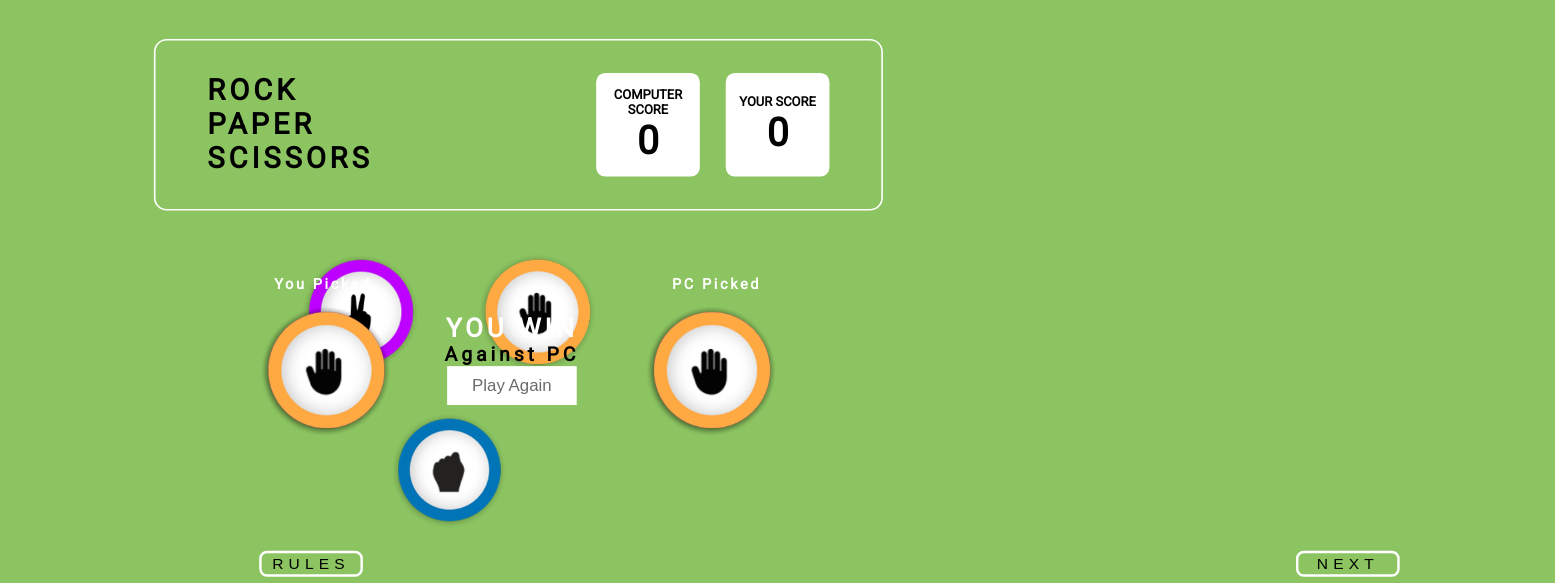
Repository: drumsmanku/Major-module-project-1
Page: index.html
An editor plug-in stored every save of this project. The page is shown before and after the next save, followed by the edit.
The browser window is 1280 px wide. The page is 1920 px wide, then 1344 px, so the pictures cover 1920 px, including what lies to the right of the window. The pictures show the whole page, at 81% of full size.

Above is the page before, as saved 2023-04-30 16:35:08.

### index.html
<!DOCTYPE html>
<html lang="en">
<head>
  <meta charset="UTF-8">
  <meta http-equiv="X-UA-Compatible" content="IE=edge">
  <meta name="viewport" content="width=device-width, initial-scale=1.0">
  <link rel="stylesheet" href="styles.css">
  <title>Module Project 1 </title>
</head>
<body>
  <div class="main-container">
    <div class="first-container">
      <div class="text">
        <h1>ROCK PAPER SCISSORS</h1>
      </div>
      <div class="two-boxes">
        <div class="computer-score">
          <h4>COMPUTER SCORE</h4>
          <h1>0</h1>
        </div>
        <div class="your-score">
          <h4>YOUR SCORE</h4>
          <h1>0</h1>
        </div>
      </div>

    </div>

    <div class="second-main-container">
      <div class="second-main-main-first-container ">
        <div class="second-first-main-container">
          <div class="two-buttons">
            <button class="btn-2"><img src="2.png" alt=""></button>
            <button class="btn-3"><img src="3.png" alt=""></button>
          </div>
          <button class="btn-1"> <img src="1.png" alt=""></button>
        </div>
        <div class="second-second-main-container">
          <div class="img-container">
            <img id="rules-img" src="4.png" alt="">
            <button id="my-btn">
              <p>X</p><img src="x.png" alt="">
            </button>
          </div>
        </div>

      </div>
       <div class="second-main-main-second-conainer">
        <div class="cont">
          <div class="images-div">
            <p>You Picked</p>
            <img src="1.png" alt="">
            <img src="2.png" alt="">
            <img src="3.png" alt="">
          </div>
          <div class="who-won">
            <p class="won">YOU WIN</p>
            <p class="against">Against PC</p>
            <button class="play-again">Play Again</button>
          </div>
          <div class="images-div-for-pc">
            <p>PC Picked</p>
            <img src="1.png" alt="">
            <img src="2.png" alt="">
            <img src="3.png" alt="">
          </div>
        </div>


       </div>
    </div>
    <div class="next-and-rules">
      <div class="bottom-btn"><button id="rule-btn">RULES</button></div>
      <div class="bottom-btn"><button id="rule-btn">NEXT</button></div>
    </div>


  </div>

  <script src="script.js"></script>
</body>
</html>

### styles.css
@import url('https://fonts.googleapis.com/css2?family=Roboto&display=swap');

*{
  padding: 0;
  margin: 0;
}

body{
  background-color: #8CC461;
}
.main-container{
  display: flex;
  flex-direction: column;
  align-items: center;
}
.first-container{
  height: 5rem;
  width: 60vw;
  border: 2px solid white;
  background: none;
  border-radius: 1rem;
  padding: 4rem;
  display: flex;
  flex-direction: row;
  align-items: center;
  justify-content: space-between;
  margin-top: 3rem;
}
.text{
  height: inherit;
  width: 20%;
  display: flex;
  flex-wrap: wrap;
  flex-direction: column;
  font-family: 'Roboto';
  letter-spacing: 0.3rem;
  font-size: large;
  justify-content: center;
  align-items: center;
}

.computer-score{
  display: flex;
  flex-direction: column;
  height: 8rem;
  width: 8rem;
  flex-wrap: wrap;
  font-family: 'Roboto';
  justify-content: center;
  align-items: center;
  background-color: white;
  text-align: center;
  border-radius: 0.7rem;
}
.computer-score>h1{
  font-weight: 800;
  font-size: 3rem;
}
.your-score{
  display: flex;
  flex-direction: column;
  height: 8rem;
  width: 8rem;
  flex-wrap: wrap;
  font-family: 'Roboto';
  justify-content: center;
  align-items: center;
  background-color: white;
  text-align: center;
  border-radius: 0.7rem;
  margin-left: 2rem;
}
.your-score>h1{
  font-weight: 800;
  font-size: 3rem;
}
.two-boxes{
  display: flex;
  flex-direction: row;
  justify-content: space-between;
}
.second-main-container{
  position: relative;
  width: 100vw;
}
.second-main-main-first-container{
  display: flex;
  flex-direction: row;
  justify-content: flex-end;
  width: 100vw;

}
.hide{
  display: none;
}
.second-first-main-container{
  display: flex;
  flex-direction: column;
  justify-content: flex-end;
  align-items: center;
  height: 55vh;
  width: 40vw;
}
.two-buttons{
  width: inherit;
  display: flex;
  flex-direction: row;
  justify-content: space-evenly;
  margin-bottom: 3rem;
}
.btn-1{
  background: none;
  border:none;
  cursor: pointer;
}
.btn-2{
  background: none;
  border:none;
  cursor: pointer;
}
.btn-3{
  background: none;
  border:none;
  cursor: pointer;
}
.second-first-main-container img{
  width: 9rem;
}

.second-second-main-container{
  display: flex;
  align-items: flex-end;
  margin-right: 12rem;
}
.second-second-main-container .img-container button{
  background: none;
  border: none;
  cursor: pointer;
  z-index: 999;
  position: absolute;
  top: -10%;
  left: 90%;
  bottom: 21rem;
  text-align: center;
  font-size:3.2rem;
  font-weight: bolder;
}
.second-second-main-container .img-container button>p{
  position: absolute;
  margin-left: 0.9rem;

  color: aliceblue;
  font-family: 'Roboto';
}
.img-container{
  position: relative;
  display: inline-block;
}
#rules-img, #my-btn{
  transform: scale(0);
}
#rules-img.appear{
  animation: open 0.4s ease-in-out forwards;
  transform-origin: top right;
}
#my-btn.appear{
  animation: open 0.1s ease-in-out 0.3s forwards;

}
#rules-img.disappear{
  animation: close 0.4s ease-in-out forwards;
  transform-origin: top right;
}
#my-btn.disappear{
  animation:close 0.1s ease-in-out 0.3s forwards;
}
@keyframes open{
  from{
    transform: scale(0);
  }
  to{
    transform: scale(1);
  }
}
@keyframes close{
  from{
    transform: scale(1);
  }
  to{
    transform: scale(0);
  }
}

#rule-btn{
  background: none;
  border: 3px solid white;
  border-radius: 0.6rem;
  height: 2rem;
  width: 8rem;
  font-size:1.2rem;
  letter-spacing: 0.4rem;
  cursor: pointer;
}
.bottom-btn{
  width: 100vw;
  display: flex;
  justify-content: flex-end;
  margin-top: 1.5rem;

}
.bottom-btn button{
  margin-right: 12rem;
}

.images-div{
  position: relative;
  display: flex;
  justify-content: center;
  align-items: center;
  height: 55vh;
  flex-direction: column;
  /* width: 100vw; */
}
.images-div img{
  position: absolute;
  left: 30%;
  width: 10rem;

}
.images-div p{
  position: absolute;
  left: 30%;
  top: 5rem;
  letter-spacing: 0.2rem;
  color: white;
  font-size: large;
  font-weight: bold;
  font-family: 'Roboto';
  width: 10rem;
  padding-left: 1rem;
}
.images-div-for-pc{
  position: relative;
  display: flex;
  justify-content: center;
  align-items: center;
  height: 55vh;
  flex-direction: column;
}
.images-div-for-pc img{
  position: absolute;
  left: 55%;
  width: 10rem;
}
.images-div-for-pc p{
  position: absolute;
  left: 60%;
  top: 5rem;
  right: -4rem;
  letter-spacing: 0.2rem;
  color: white;
  font-size: large;
  font-weight: bold;
  font-family: 'Roboto';
  width: 15rem;
  padding-left: 2rem;
}
.second-main-main-second-conainer{
  position: absolute;
  top: 0;
  width: inherit;
  display: flex;
  flex-direction: row;
  justify-content: center;
  align-items: center;
}
.cont{
  display: flex;
  flex-direction: row;
  height: inherit;
  width: 50%;
  justify-content: space-evenly;
  align-items: center;
  margin-left: -10rem;
}
.against{
  font-size: x-large;
  columns: white;
  font-weight: bold;
  font-family: 'Roboto';
  letter-spacing: 0.3rem;
}
.who-won{
  display: flex;
  flex-direction: column;
  align-items: center;
  /* justify-content: center; */
  margin-left: 9rem;
  height: 20vh;
}
.won{
  color: white;
  font-size: xx-large;
  font-weight: bold;
  font-family: 'Roboto';
  letter-spacing: 0.3rem;
}
.who-won button{
  background-color: white;
  border: none;
  color: #6B6B6B;
  width: 10rem;
  height: 3rem;
  font-size: 1.3rem;
}
.next-and-rules{
  display: flex;
}

### script.js
const myimg=document.querySelector("#rules-img");
const closebtn=document.querySelector("#my-btn");
const ruleOpen=document.querySelector("#rule-btn");

ruleOpen.addEventListener("click", ()=>{
  myimg.classList.add("appear");
  closebtn.classList.add("appear");
  myimg.classList.remove("disappear");
  closebtn.classList.remove("disappear");
});
closebtn.addEventListener("click", ()=>{
  myimg.classList.add("disappear");
  closebtn.classList.add("disappear");
  myimg.classList.remove("appear");
  closebtn.classList.remove("appear");
});

After the next save:
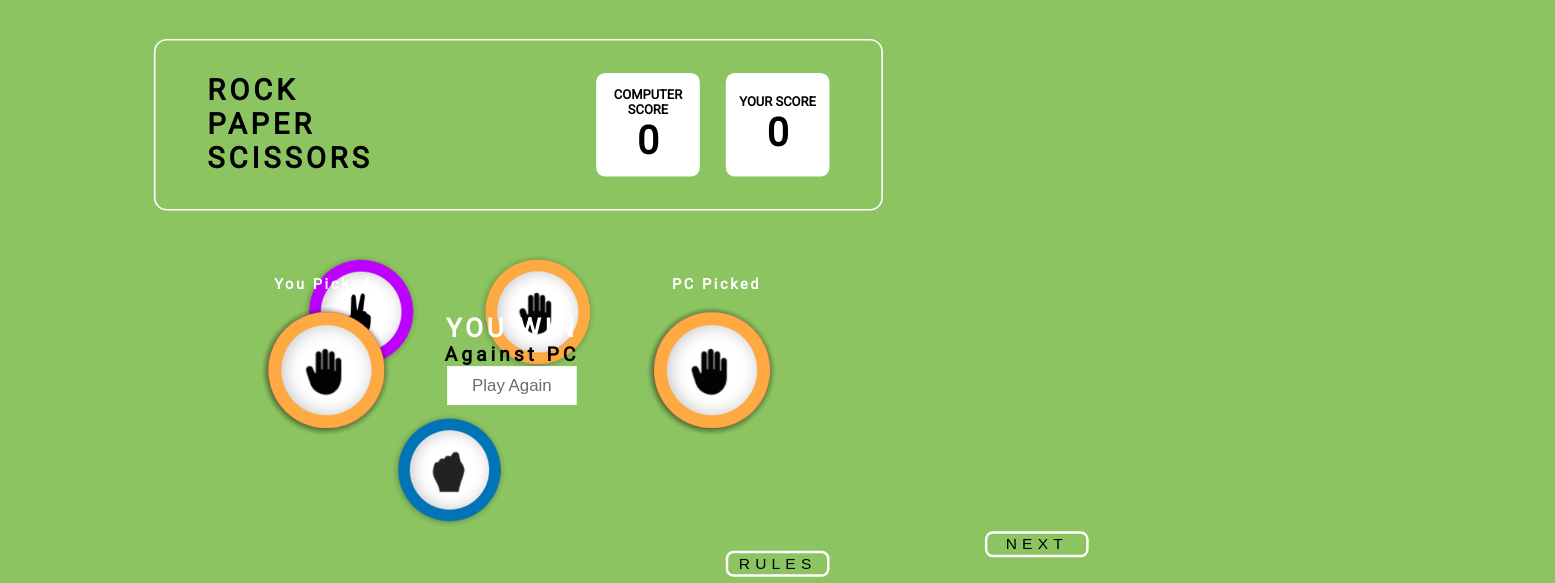
Saved 22 s later.
--- a/index.html
+++ b/index.html
@@ -71,7 +71,7 @@
     </div>
     <div class="next-and-rules">
       <div class="bottom-btn"><button id="rule-btn">RULES</button></div>
-      <div class="bottom-btn"><button id="rule-btn">NEXT</button></div>
+      <div class=""><button id="rule-btn">NEXT</button></div>
     </div>
 
 
